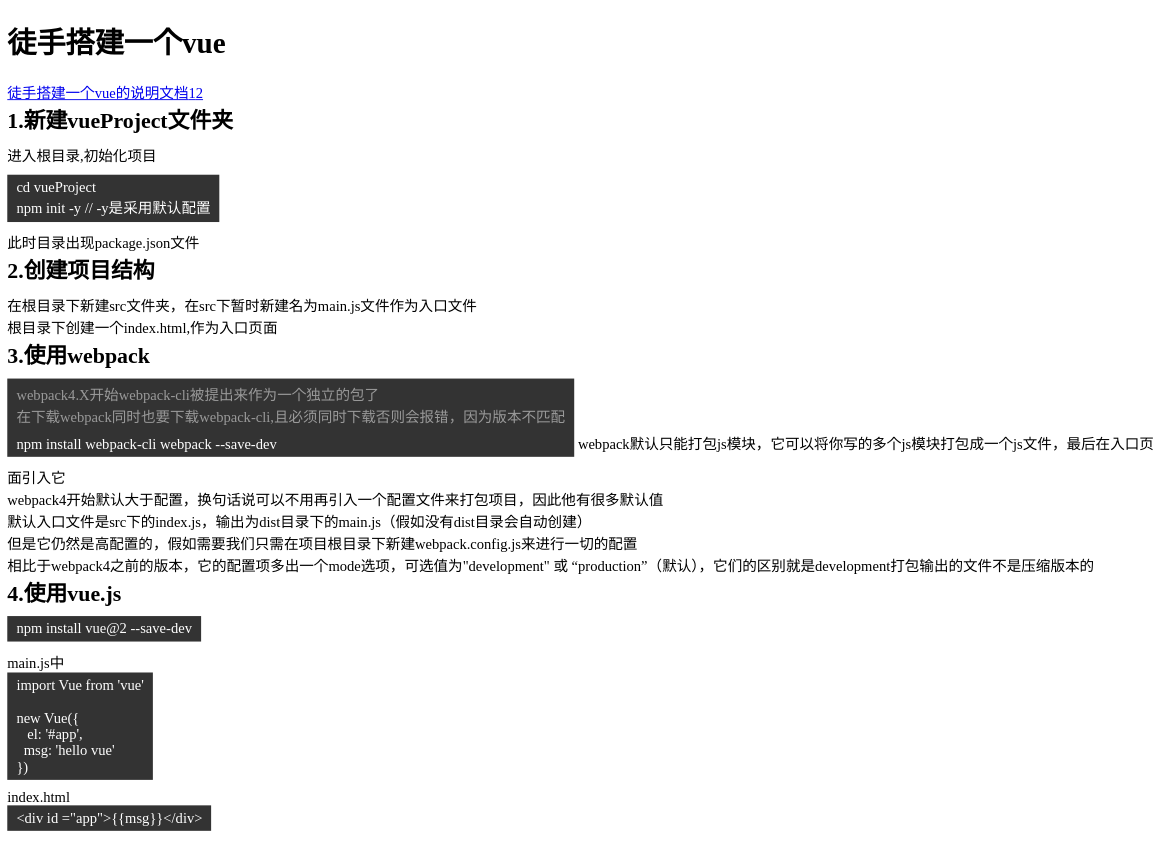
Repository: yuWhy/vue-build-cli
Page: /#/vueBuild
An editor plug-in stored every save of this project. The page is shown before and after the next save, followed by the edit.
The browser window is 1280 px wide. The pictures show the whole page, at 91% of full size.
The project was rebuilt for these pictures with package versions that can differ from the ones it lists, and the page was loaded fresh each time. Also part of the build but not shown: webpack.config.js, src/router/index.js.

Above is the page before, as saved 2021-02-19 16:18:29.

### index.html
<!DOCTYPE html>
<html lang="en">

<head>
  <meta charset="utf-8">
  <meta http-equiv="X-UA-Compatible" content="IE=edge">
  <meta name="viewport" content="width=device-width,initial-scale=1.0">
</head>

<body>
  <div id="app"></div>
</body>

</html>

### src/main.js
import Vue from 'vue'
import App from "./App.vue"
import router from './router/index.js'

new Vue({
  el: '#app',
  router,
  render: h => h(App)
})

### src/App.vue
<template>
  <div id="app">
    <h1>{{msg}}</h1>
    <router-link to="vueBuild">徒手搭建一个vue的说明文档</router-link>
    <router-link to="hello">1</router-link>
    <router-link to="login">2</router-link>
    <router-view></router-view>
  </div>
</template>

<script>
export default {
  name: 'App',
  data() {
    return {
      msg: '徒手搭建一个vue'
    }
  }
}
</script>

### src/components/vue-build.vue
<template>
  <div>
    <h2>1.新建vueProject文件夹</h2>
    <p>进入根目录,初始化项目</p>
    <div class="dimk">
      cd vueProject <br>
      npm init -y // -y是采用默认配置
    </div>
    <br>
    此时目录出现package.json文件
    <h2>2.创建项目结构</h2>
    在根目录下新建src文件夹，在src下暂时新建名为main.js文件作为入口文件<br>
    根目录下创建一个index.html,作为入口页面
    <h2>3.使用webpack</h2>
    <div class="dimk">
     <p class="hui"> webpack4.X开始webpack-cli被提出来作为一个独立的包了<br>
      在下载webpack同时也要下载webpack-cli,且必须同时下载否则会报错，因为版本不匹配<br></p>
      npm install webpack-cli webpack --save-dev<br>
    </div>
    webpack默认只能打包js模块，它可以将你写的多个js模块打包成一个js文件，最后在入口页面引入它<br>
    webpack4开始默认大于配置，换句话说可以不用再引入一个配置文件来打包项目，因此他有很多默认值<br>
    默认入口文件是src下的index.js，输出为dist目录下的main.js（假如没有dist目录会自动创建）<br>
    但是它仍然是高配置的，假如需要我们只需在项目根目录下新建webpack.config.js来进行一切的配置<br>
    相比于webpack4之前的版本，它的配置项多出一个mode选项，可选值为"development" 或 “production”（默认），它们的区别就是development打包输出的文件不是压缩版本的
    <h2>4.使用vue.js</h2>
    <div class="dimk">npm install vue@2 --save-dev</div><br>
    main.js中<br>
    <div class="dimk">
      import Vue from 'vue'<br><br>
      new Vue({<br>
          &nbsp;&nbsp; el: '#app',<br>
          &nbsp;&nbsp;msg: 'hello vue'<br>
      })<br>
    </div><br>
    index.html<br>
    <div class="dimk">{{t1}}</div><br>

  </div>
</template>
<script>
export default {
  name: 'vueBuild',
  data() {
    return {
      t1: '<div id ="app">{{msg}}</div>'
    }
  }
}
</script>
<style scoped>
* {
  padding: 0;
  margin: 0;
  margin-bottom: 10px;
}
  .dimk {
    background: #333;
    color: #fff;
    padding: 5px 10px;
    display: inline-block;
  }
  .dimk .hui {
    color: #999;
  }
</style>

After the next save:
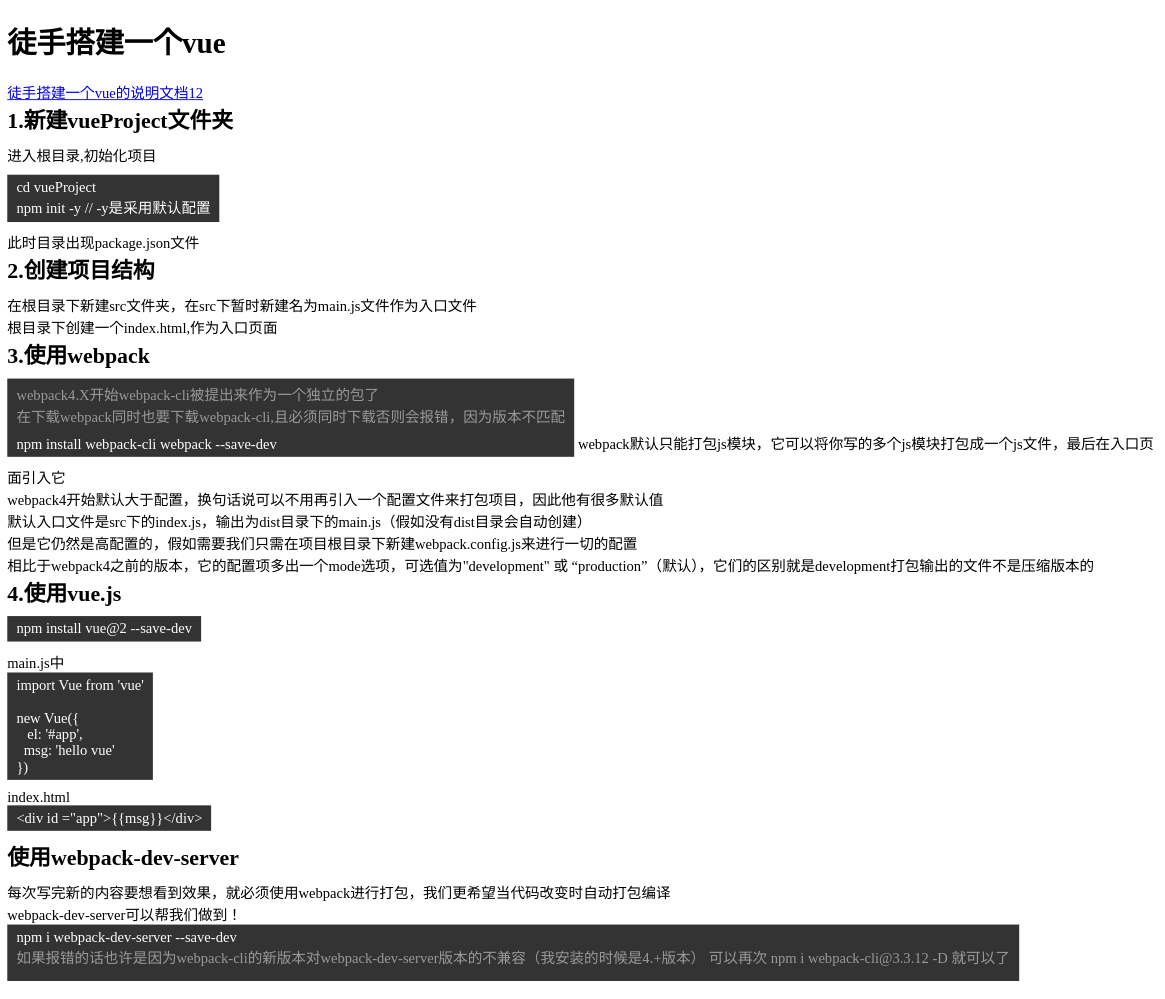
Saved 6 min 12 s later.
--- a/src/components/vue-build.vue
+++ b/src/components/vue-build.vue
@@ -34,6 +34,14 @@
     </div><br>
     index.html<br>
     <div class="dimk">{{t1}}</div><br>
+    <h2>使用webpack-dev-server</h2>
+    每次写完新的内容要想看到效果，就必须使用webpack进行打包，我们更希望当代码改变时自动打包编译<br>
+    webpack-dev-server可以帮我们做到！
+    <div class="dimk">npm i webpack-dev-server --save-dev
+      <p class="hui">如果报错的话也许是因为webpack-cli的新版本对webpack-dev-server版本的不兼容（我安装的时候是4.+版本）
+  可以再次 npm i webpack-cli@3.3.12 -D 就可以了</p>
+    </div><br>
+
 
   </div>
 </template>
